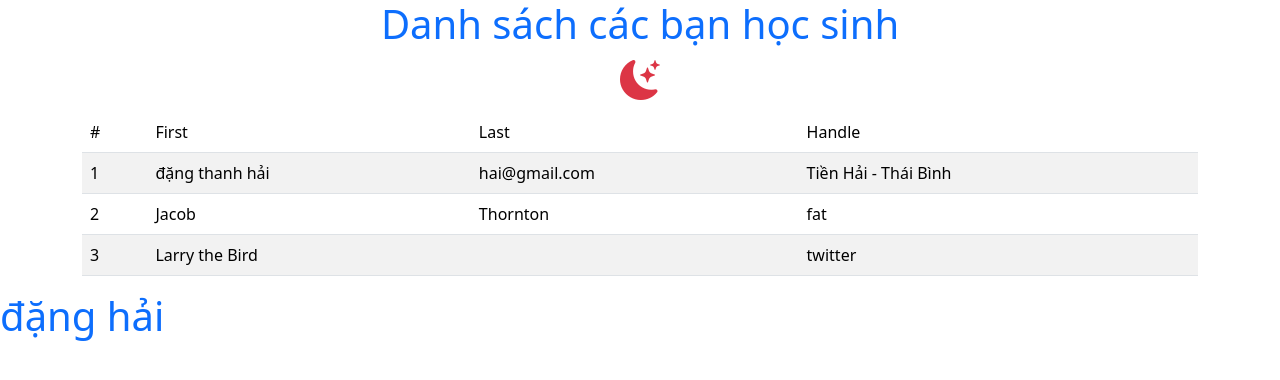
Repository: danghoanghai2k2/BeginAnguLar
Page: / (app in FirstAnGuLar/)
These files come from the project's save history. The page is drawn as it stood at one moment and after the next save; the edit follows.
The browser window is 1280 px wide. The pictures show the whole page.
The project was rebuilt for these pictures with package versions that can differ from the ones it lists, and the page was loaded fresh each time. Also part of the build but not shown: FirstAnGuLar/angular.json.

Above is the page before, as saved 2024-06-07 09:59:54.

### FirstAnGuLar/src/index.html
<!doctype html>
<html lang="en">
<head>
  <meta charset="utf-8">
  <title>FirstAnGuLar</title>
  <base href="/">
  <meta name="viewport" content="width=device-width, initial-scale=1">
  <link rel="icon" type="img" href="../public/img/465.jpg">
</head>
<body>
  <app-root></app-root>
</body>
</html>

### FirstAnGuLar/src/styles.css

*,
*:before,
*:after {
  box-sizing: border-box;
}
* {
  margin: 0;
  padding: 0;
  font: inherit;
}
img,
picture,
svg,
video {
  display: block;
  max-width: 100%;
}
input,
select,
textarea {
  background-color: transparent;
  outline: none;
}
button {
  cursor: pointer;
  background-color: transparent;
  outline: none;
  border: 0;
}
body {
  min-height: 100vh;
  font-weight: 400;
  font-size: 16px;
  line-height: 1;
}

### FirstAnGuLar/src/main.ts
import { bootstrapApplication } from '@angular/platform-browser';
import { appConfig } from './app/app.config';
import { AppComponent } from './app/app.component';
// import { ChildComponent } from './app/child/child.component';

bootstrapApplication(AppComponent, appConfig)
  .catch((err) => console.error(err));

### FirstAnGuLar/src/app/app.component.ts
import { Component } from '@angular/core';
import { RouterOutlet } from '@angular/router';
import { User } from './common/User';
import { HeaderComponent } from './component/header/header.component';

@Component({
  selector: 'app-root',
  standalone: true,
  imports: [RouterOutlet,HeaderComponent],
  templateUrl: './app.component.html',
  styleUrl: './app.component.css'
})
export class AppComponent {
  // tạo ra thẻ tiêu đề
  lists = 'Danh sách các bạn học sinh';
  nguoiDung:User = {
    id :1,
    name :'đặng thanh hải',
    email :'hai@gmail.com',
    address: 'Tiền Hải - Thái Bình'
  };
}

### FirstAnGuLar/src/app/app.component.html
<div class="container">
    <div class="header">
        <h1 class="text-center text-primary">{{lists}}</h1>
        <h1 class="text-center text-danger"><i class="bi bi-moon-stars-fill"></i></h1>
    </div>
    <table class="table table-striped">
        <thead>
          <tr>
            <th scope="col">#</th>
            <th scope="col">First</th>
            <th scope="col">Last</th>
            <th scope="col">Handle</th>
          </tr>
        </thead>
        <tbody>
          <tr>
            <th scope="row">{{nguoiDung.id}}</th>
            <td>{{nguoiDung.name}}</td>
            <td>{{nguoiDung.email}}</td>
            <td>{{nguoiDung.address}}</td>
          </tr>
          <tr>
            <th scope="row">2</th>
            <td>Jacob</td>
            <td>Thornton</td>
            <td>fat</td>
          </tr>
          <tr>
            <th scope="row">3</th>
            <td colspan="2">Larry the Bird</td>
            <td>twitter</td>
          </tr>
        </tbody>
      </table>
</div>
<app-header></app-header>

### FirstAnGuLar/src/app/component/header/header.component.ts
import { Component } from '@angular/core';

@Component({
  selector: 'app-header',
  standalone: true,
  imports: [],
  templateUrl: './header.component.html',
  template:`
  <h1 class="text-primary">đặng hải</h1>
  `,
  styleUrl: './header.component.css'
})
export class HeaderComponent {

}

Loaded but not shown: FirstAnGuLar/src/app/app.config.ts (common file); FirstAnGuLar/src/app/app.routes.ts (common file); FirstAnGuLar/src/app/component/header/header.component.html (common file); FirstAnGuLar/src/app/app.component.css (no stored copy; drawn as an empty file); FirstAnGuLar/src/app/component/header/header.component.css (no stored copy; drawn as an empty file)

After the next save:
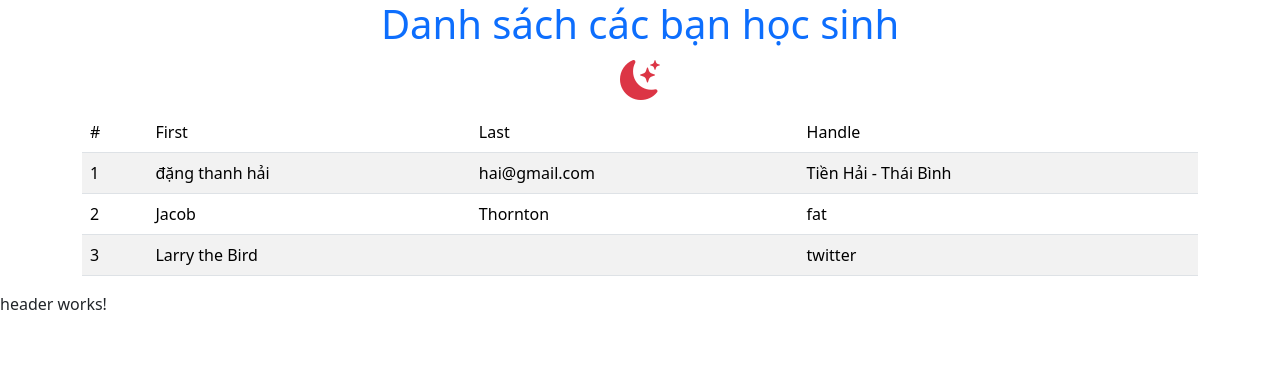
Saved 39 s later.
--- a/FirstAnGuLar/src/app/component/header/header.component.ts
+++ b/FirstAnGuLar/src/app/component/header/header.component.ts
@@ -4,10 +4,10 @@
   selector: 'app-header',
   standalone: true,
   imports: [],
-  templateUrl: './header.component.html',
   template:`
   <h1 class="text-primary">đặng hải</h1>
   `,
+  templateUrl: './header.component.html',
   styleUrl: './header.component.css'
 })
 export class HeaderComponent {

After the 2 saves that followed:
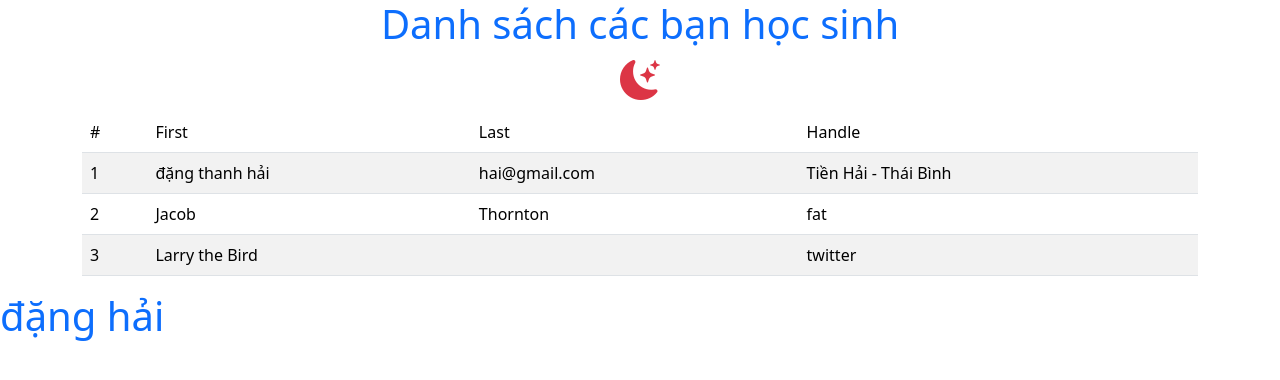
The 2 saves are shown as one change because 1 left the picture as it was.
The last was saved 4 min 9 s later.
--- a/FirstAnGuLar/src/app/component/header/header.component.ts
+++ b/FirstAnGuLar/src/app/component/header/header.component.ts
@@ -4,10 +4,8 @@
   selector: 'app-header',
   standalone: true,
   imports: [],
-  template:`
-  <h1 class="text-primary">đặng hải</h1>
-  `,
-  templateUrl: './header.component.html',
+  template: `<h1 class="text-primary">đặng hải</h1>`
+,
   styleUrl: './header.component.css'
 })
 export class HeaderComponent {
